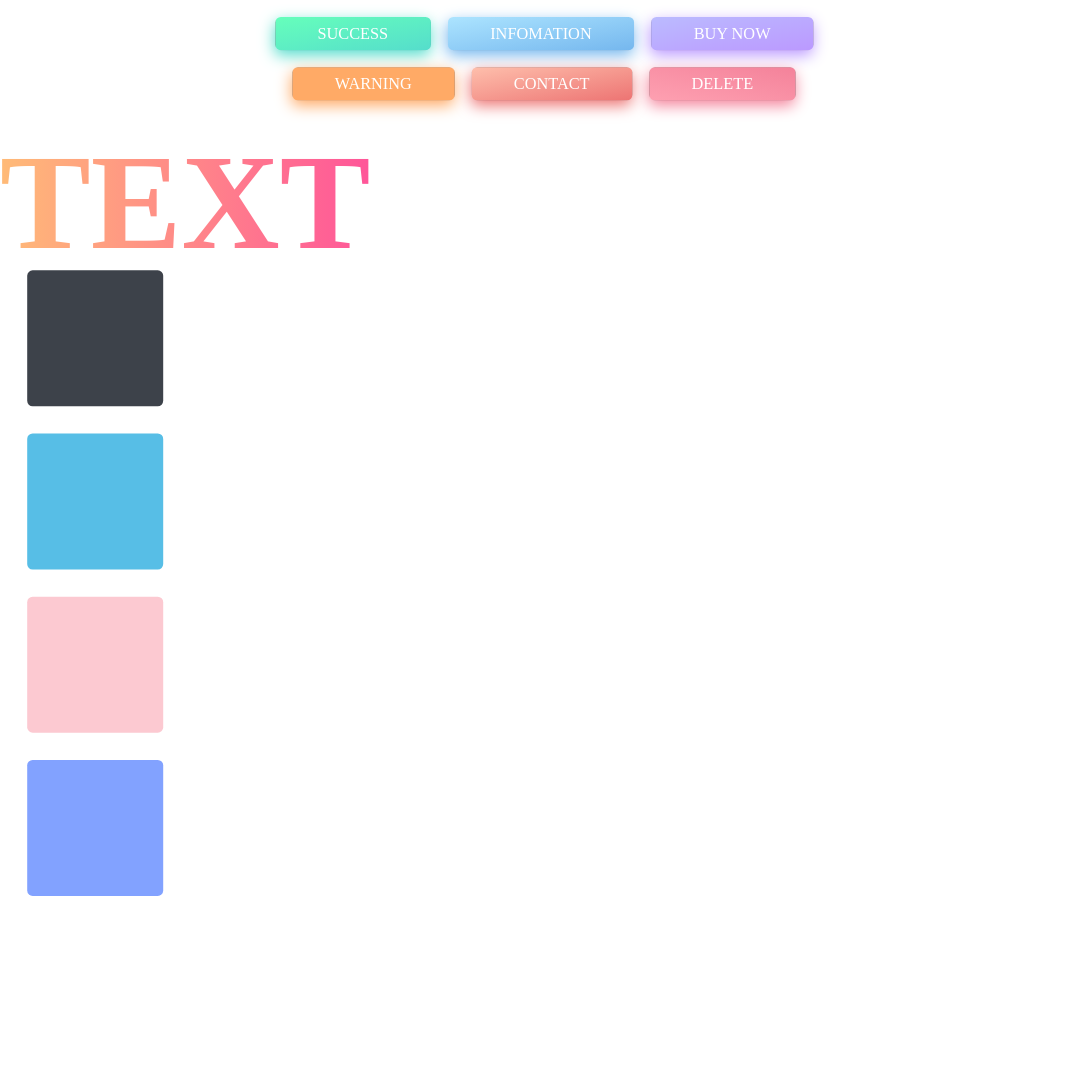
Repository: ThanhPhongsof/Css-Course
Page: index.html
The author's editor kept a copy of each file at every save. The page is drawn from the files as they stood at one save, then again after the next save.
The browser window is 1280 px wide. The pictures show the whole page, at 85% of full size.

Above is the page before, as saved 2022-05-16 09:06:01.

After the next save:
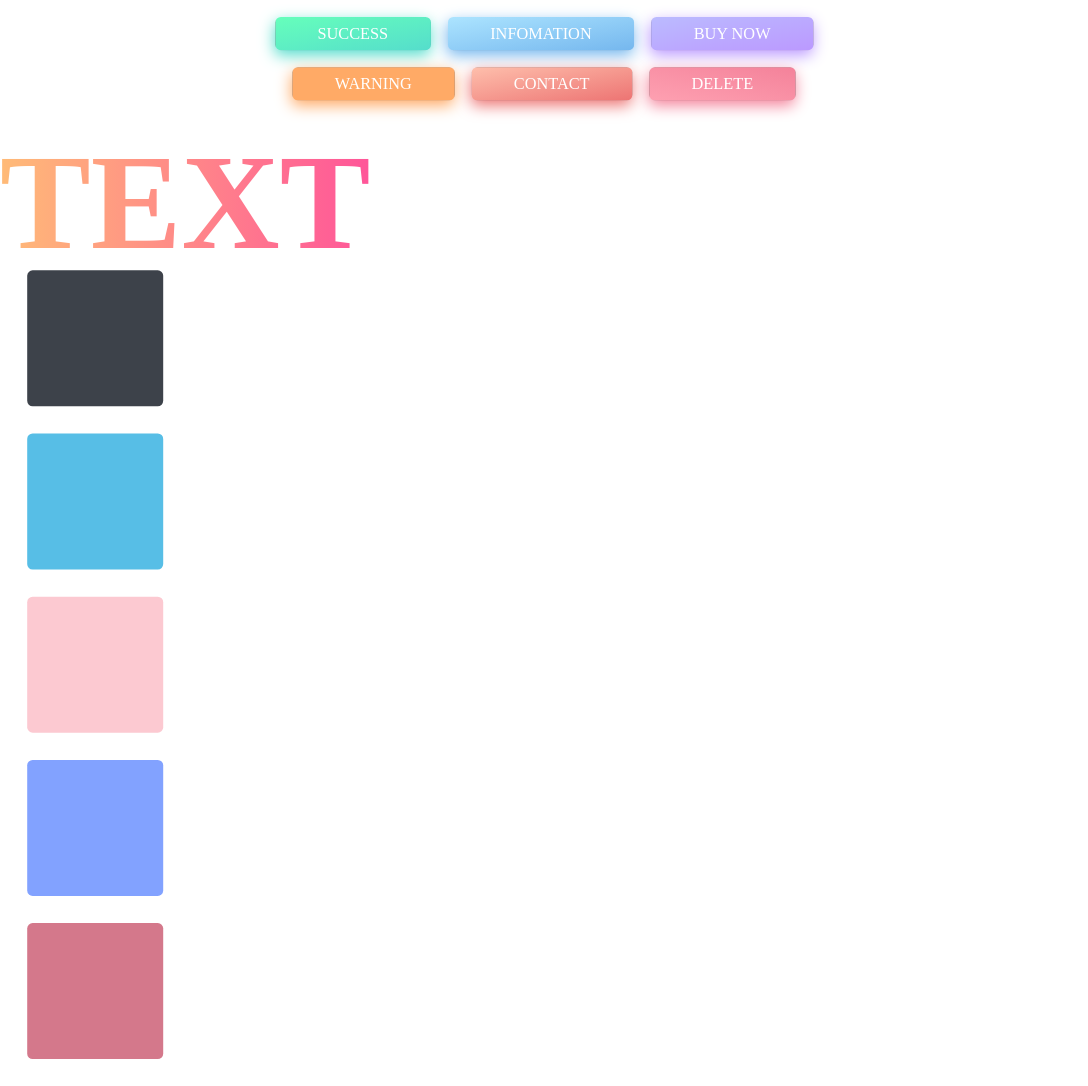
Saved 17 s later.
--- a/styles.css
+++ b/styles.css
@@ -95,6 +95,6 @@
   background-color: #82a2ff;
 }
 
-.color__item:last-child() {
+.color__item:last-child {
   background-color: #d4788b;
 }
